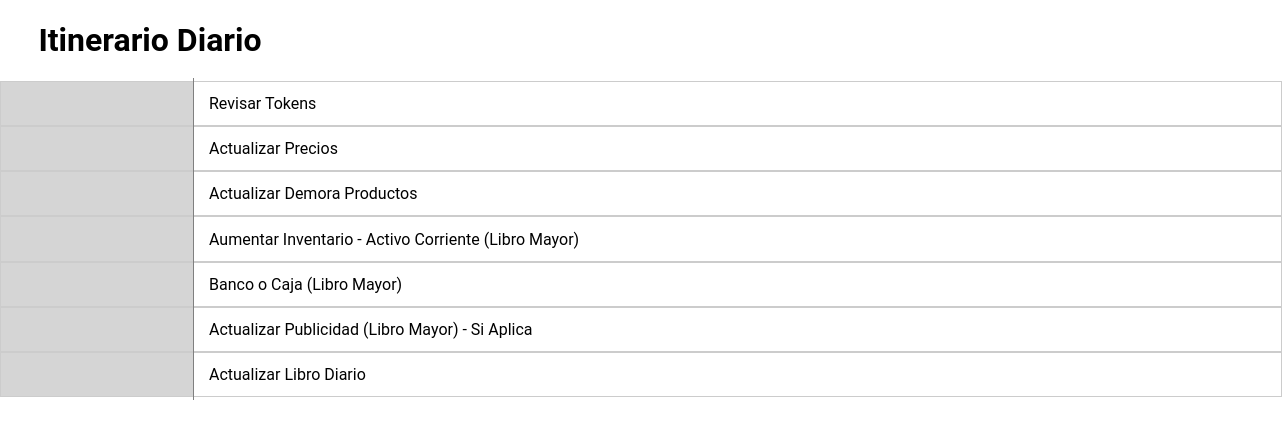
Repository: aCoupon0/intranet
Page: 1/iti-dia.html
These files come from the project's save history. The page is drawn as it stood at one moment and after the next save; the edit follows.
The browser window is 1280 px wide. The page is 1282 px wide, so the pictures cover 1282 px, including what lies to the right of the window. The pictures show the whole page.

Above is the page before, as saved 2024-12-11 11:29:13.

After the next save:
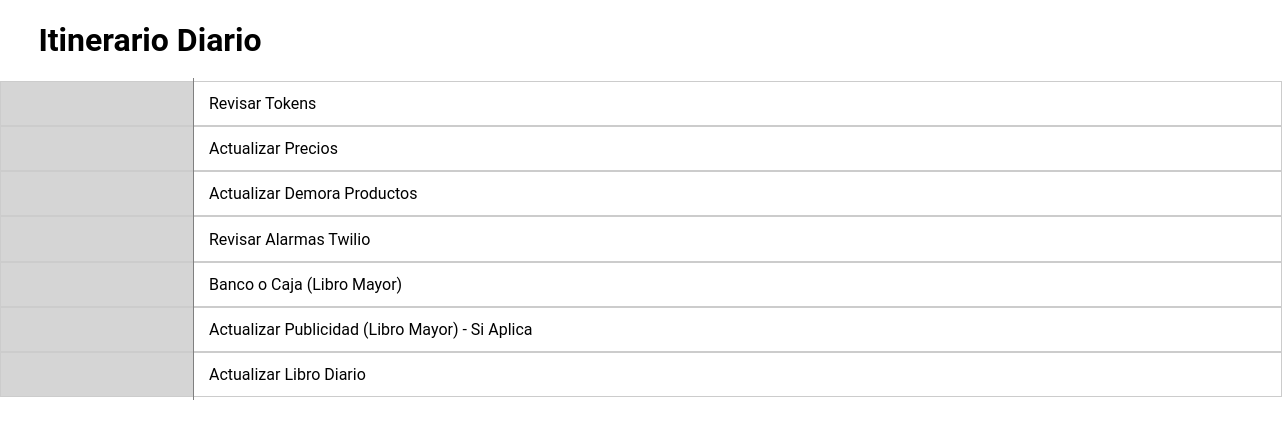
Saved 9 s later.
--- a/1/iti-dia.html
+++ b/1/iti-dia.html
@@ -30,7 +30,7 @@
     <div class="container">
         <div class="checkbox" onclick="toggleCheckbox(this)"></div>
         <div class="text-container">
-            <p>Aumentar Inventario - Activo Corriente (Libro Mayor)</p>
+            <p>Revisar Alarmas Twilio</p>
         </div>
     </div>
     <div class="container">
